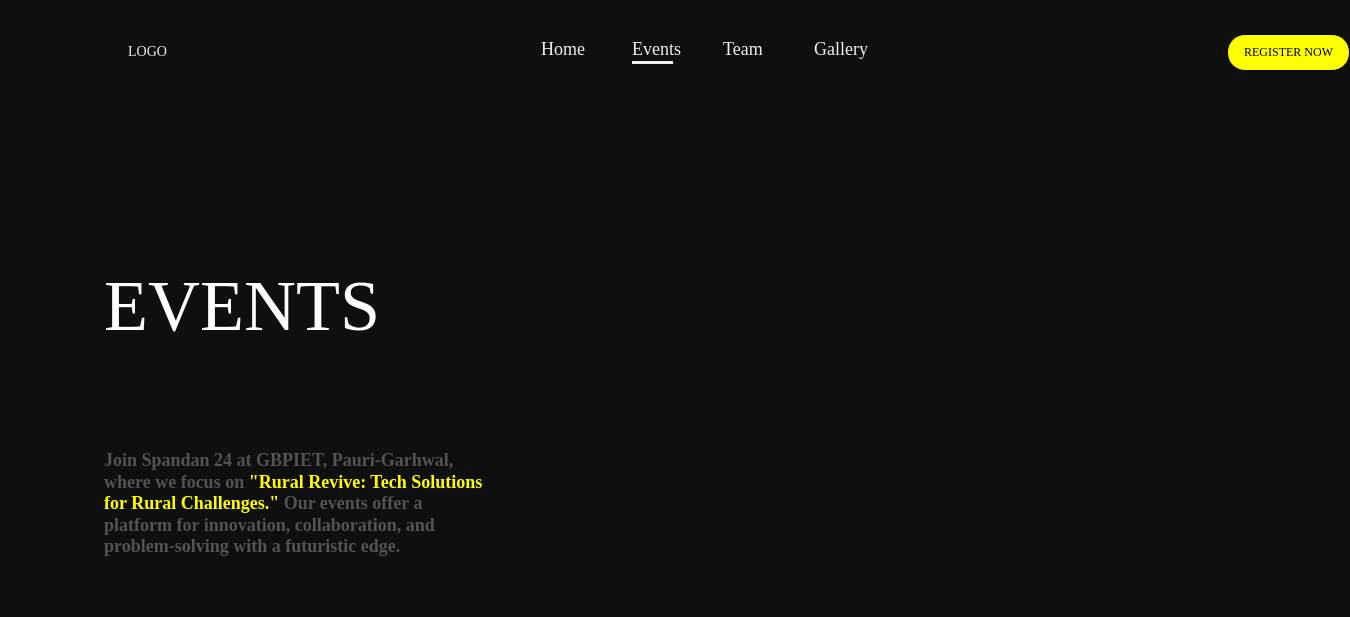
Repository: s4bbi/spandan-3.0
Page: /Events
The author's editor kept a copy of each file at every save. The page is drawn from the files as they stood at one save, then again after a run of saves.
The browser window is 1280 px wide. The page is 1350 px wide, so the pictures cover 1350 px, including what lies to the right of the window. The pictures show the whole page.
The project was rebuilt for these pictures with package versions that can differ from the ones it lists, and the page was loaded fresh each time. Also part of the build but not shown: vite.config.js, src/pages/Home/Home.jsx.

Above is the page before, as saved 2024-11-02 02:35:21.

### src/App.jsx
import React from 'react'
import Navbar from './components/Navbar/Navbar'
import { Route, Routes } from 'react-router-dom'
import Home from  './pages/Home/Home'
import Events from  './pages/Events/Events'


const App = () => {
  return (
    <div className='app'>
      <Navbar/>
      { <Routes>
        <Route path="/" element={<Home />} />
        <Route path="Events" element={<Events />} />
      </Routes> }
    </div>
  )
}

export default App

### src/components/Navbar/Navbar.jsx
import React, {useState} from 'react'
import './Navbar.css'
// import {assets} from'../../assets/assets'
const Navbar = () => {

  const [menu,setMenu] = useState("Events");
  return (
    <div className='navbar'>
        <h1 className="logo">LOGO</h1>
        <ul className="navbar-menu">
            <li onClick={()=>setMenu("Home")} className={menu=="Home"?"active":""}>Home</li>
            <li onClick={()=>setMenu("Events")} className={menu=="Events"?"active":""}>Events</li>
            <li onClick={()=>setMenu("Team")} className={menu=="Team"?"active":""}>Team</li>
            <li onClick={()=>setMenu("Gallery")} className={menu=="Gallery"?"active":""}>Gallery</li>
        </ul>


        <button>REGISTER NOW</button>
     </div>

  )
}

export default Navbar

### src/pages/Events/Events.jsx
import React from 'react'
import './Events.css'
import HeroSection from '../../components/HeroSection/HeroSection'

const Events = () => {
  return (
    <div>
      <HeroSection/>
    </div>
  )
}

export default Events

### src/components/Navbar/Navbar.css
.navbar{
    width: 1222px;
    height: 37px;
    margin-top: 34px;
    margin-left: 128px;
    border-radius: 20px 0px 0px 0px;
    display: flex;
    justify-content: space-between;
    align-items: center;
}

.logo{
    width: 41px;
    height: 17px;
    font-family: Gilroy-Light;
    font-size: 14px;
    font-weight: 400;
    line-height: 16.8px;
    text-align: left;
    color:#F0F0F0;
   }

.navbar-menu{
    display:flex;
    list-style:none;
    gap:50px;
    color:#F0F0F0;
    ;
   }

.navbar button{
    background:transparent;
    font-size: 12px;
    background-color:#FFFF00;
    font-family: Gilroy-SemiBold;
    border: 1px solid #010101;
    ;
    padding: 10px 16px 10px 16px;
    border-radius: 18px 18px 18px 18px;
    cursor: pointer;}
    /* transition: 0.3s; */
    /* width: Hug (132px)px; */
 /* height: Hug (37px)px;
top: 34px;
left: 1218px;
padding: 10px 16px 10px 16px;
} */

  .navbar button:hover{
    background-color:#FFFFFF;
    color: #e74c3c;
    }

  /* .navbar .active{
    padding-bottom: 3px;
    border-bottom: 3px solid #49557e;
}   */

.navbar .active {
    padding-bottom: 3px;
    border-bottom: 3px solid #F0F0F0;}
.navbar li{
    cursor: pointer;
    width: 41px;
    height: 17px;
    font-family: Gilroy-SemiBold;
    font-size: 18px;
    font-weight: 400;
    line-height: 17.15px;
    text-align: left;
}

### src/components/HeroSection/HeroSection.jsx
import React from 'react'
import "./HeroSection.css";
// import roboticHandImage from "../assets/eventsHand.webp";




const HeroSection = () => {
  return (
    <div>
      <section className="hero">
      <div className="hero-text">
        <h1 className="hero-title">EVENTS</h1>
        <p className="hero-description">
          Join Spandan 24 at GBPIET, Pauri-Garhwal, where we focus on <span className="highlight">"Rural Revive: Tech Solutions for Rural Challenges."</span> Our events offer a platform for innovation, collaboration, and problem-solving with a futuristic edge.
        </p>
      </div>
      {/* <img src={roboticHandImage} alt="Robotic Hand" className="hero-image" /> */}
    </section>
    </div>
  )
}

export default HeroSection

### src/components/HeroSection/HeroSection.css
.hero {
    display: flex;
    align-items: center;
    justify-content: space-between;
    /* padding-top: 50px;
    max-width: 1200px;
    margin: 192px; */
  }

  .hero-text {
    /* width: 50%; */
    color: white;
    padding-left: 104px;
  }

  .hero-title {
    width: 339px;
    height: 87px;
    padding-top: 192px;
    font-family: Mooner;
    font-size: 72px;
    font-weight: 400;
    line-height: 87.19px;
   }

  .hero-description {
    width: 385px;
    height: 110px;
    padding-top: 100px;
    font-family: Exo 2;
    font-size: 18px;
    font-weight: 600;
    line-height: 21.6px;
    color: #ccc;
    color: #535353;

  }

  .highlight {
    color:#FFFF00;
    font-weight: bold;
  }

  .hero-image {
    width: 45%;
    max-width: 500px;
    height: auto;
  }

### public/style.css
*{
    margin:0px;
    padding:0px;
}

body{
    background-color: #0f0f0f;
}

Loaded but not shown: index.html (common file); src/main.jsx (common file); src/pages/Events/Events.css (no stored copy; drawn as an empty file)

After the next 2 saves:
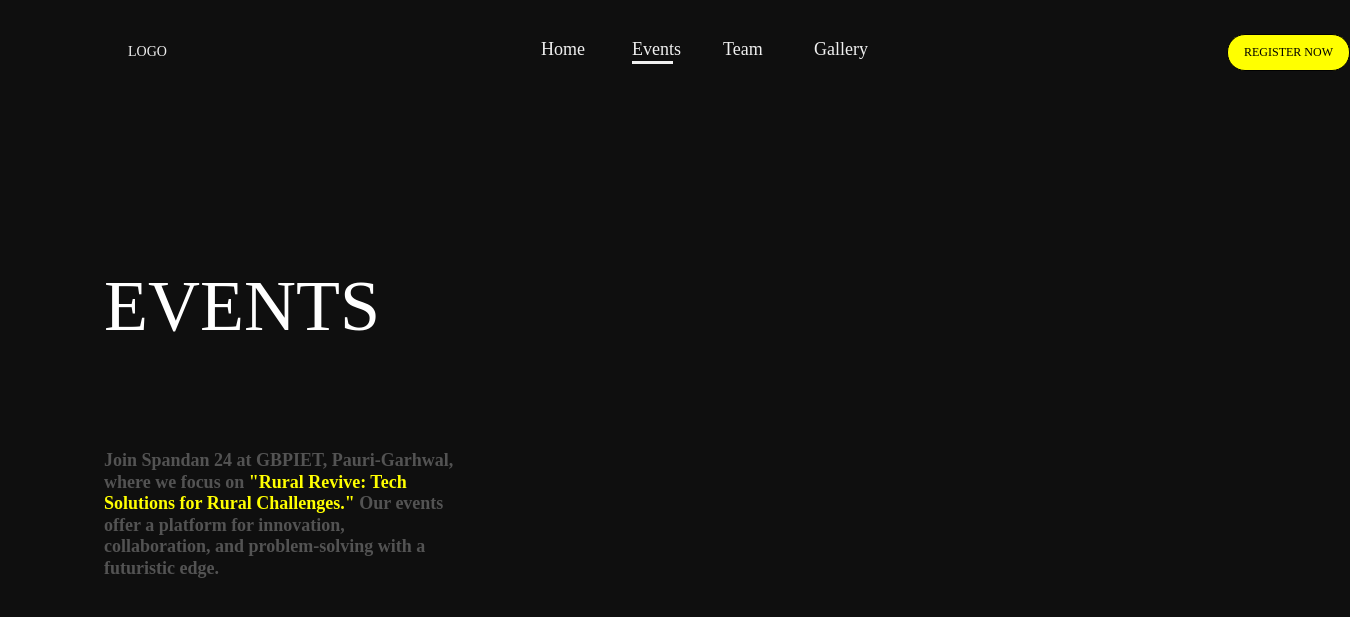
The 2 saves are shown as one change because they came seconds apart.
The last was saved 26 s later.
--- a/src/components/HeroSection/HeroSection.css
+++ b/src/components/HeroSection/HeroSection.css
@@ -24,7 +24,7 @@
    }
 
   .hero-description {
-    width: 385px;
+    width: 350px;
     height: 110px;
     padding-top: 100px;
     font-family: Exo 2;
